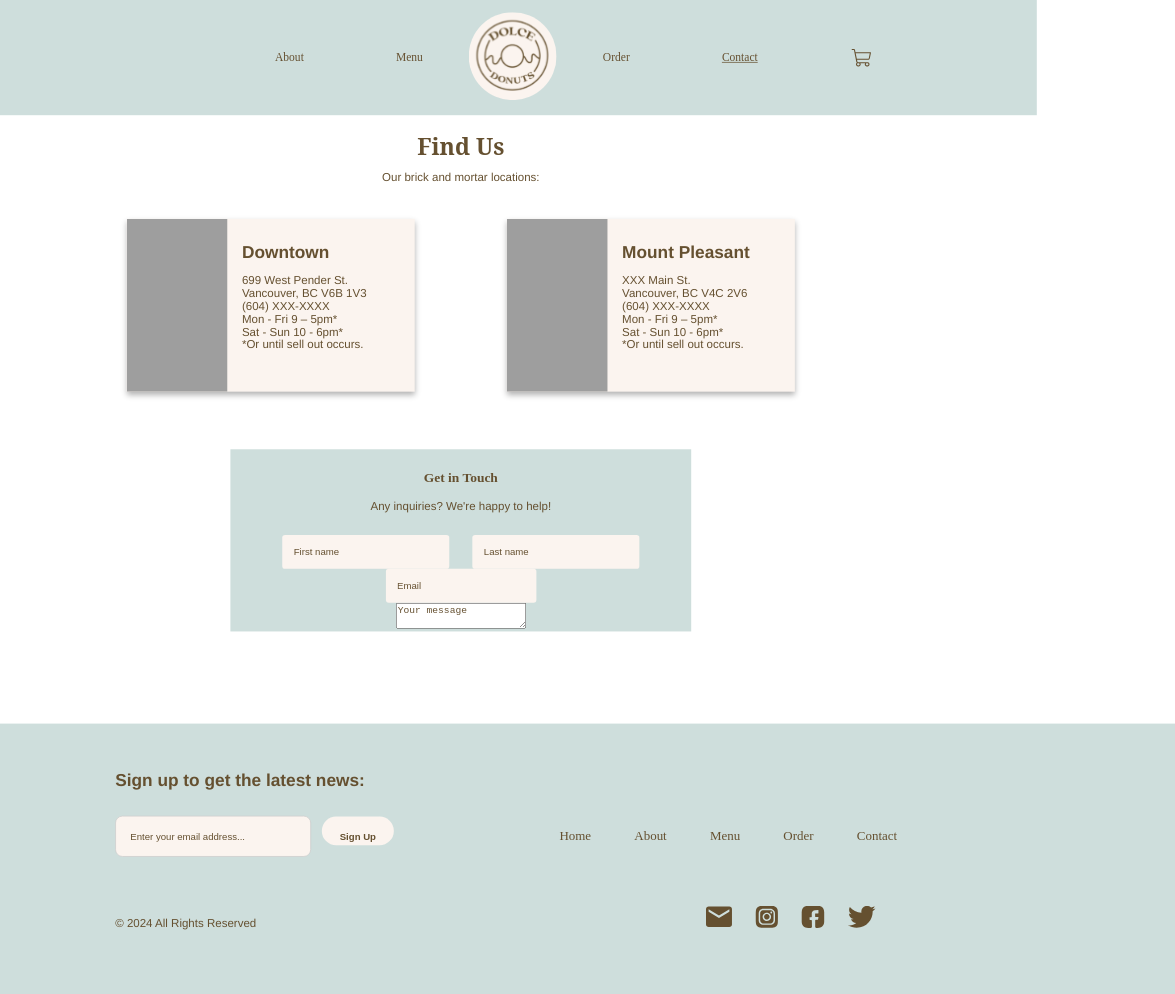
Repository: Crystalhtc/dolcedonuts
Page: /contact
The author's editor kept a copy of each file at every save. The page is drawn from the files as they stood at one save, then again after the next save.
The browser window is 1280 px wide. The page is 1632 px wide, so the pictures cover 1632 px, including what lies to the right of the window. The pictures show the whole page, at 72% of full size.
Pictures or frames that could not be fetched are drawn as grey boxes. The project was rebuilt for these pictures with package versions that can differ from the ones it lists, and the page was loaded fresh each time. Also part of the build but not shown: vite.config.js, src/pages/Home.module.css, src/pages/Home.jsx, src/components/ProductCard/ProductCard.jsx, src/Data/products.js, src/pages/Order.css, src/pages/Menu.jsx, src/pages/Order.jsx and 13 more.

Above is the page before, as saved 2024-10-20 15:25:26.

### src/App.jsx
import React from 'react';
import "./App.css";
import { BrowserRouter as Router, Route, Routes } from 'react-router-dom';
import Header from './components/Header/Header';
import Footer from './components/Footer/Footer';
import Home from './pages/Home';
import Menu from './pages/menu';
import Order from './pages/order';
import Contact from './pages/Contact';
import About from './pages/About';
import Checkout from './pages/Checkout';
import Cart from './pages/Cart';
import ProductDetails from './pages/ProductDetails';
import PaymentReview from './pages/PaymentReview';

function App() {

  return (
    <Router>
      <Header />
      <Routes>
        <Route path="/" element={<Home />} />
        <Route path="/about" element={<About />} />
        <Route path="/menu" element={<Menu />} />
        <Route path="/order" element={<Order />} />
        {/* <Route path="/productdetails/:id" element={<ProductDetails />} /> */}
        <Route path="/productdetails" element={<ProductDetails />} />
        <Route path="/contact" element={<Contact />} />
        <Route path="/cart" element={<Cart />} />
        <Route path="/checkout" element={<Checkout />} />
        <Route path="/paymentreview" element={<PaymentReview />} />
      </Routes>
      <Footer />
    </Router>
  );
}

export default App;

### src/App.css
@import url('https://fonts.googleapis.com/css2?family=Arimo:ital,wght@0,400..700;1,400..700&display=swap');
@import url('https://fonts.googleapis.com/css2?family=Noto+Serif:ital,wght@0,100..900;1,100..900&display=swap');

:root {
    --mint: #CEDEDC;
    --cream: #FBF4EF;
    --pink: #F5CCD6;
    --dark-pink: #E3BBC5;
    --brown: #655030;
    --dark-brown: #4C3B22;
}
body {
    margin: 0 auto;
}
/* font */
/* heading, button */
h1 {
    font-family: "Noto Serif", serif;
    color: #655030;
    font-size: 28pt;
}
/* subheading */
h2 {
    font-size: 24pt;
    font-family: 'Arimo', sans-serif;
    color: #655030;
}
/* paragraph */
p {
    font-family: 'Arimo', sans-serif;
    color: #655030;
}

.container {
    max-width: 1440px;
    margin: 0 auto;
    height: auto;
    /* padding: 20px;  */
}

### src/components/Header/Header.jsx
import { NavLink } from 'react-router-dom';
import styles from './Header.module.css';
import logo from '../../assets/logo.svg';
import cartIcon from '../../assets/cart-icon.svg';

export default function Header() {
  return (
    <nav className={styles.nav}>
      <ul className={styles.navList}>
        <li className={styles.navItem}>
          <NavLink to="/about" className={({ isActive }) => (isActive ? styles.activeLink : undefined)}>About</NavLink>
        </li>
        <li className={styles.navItem}>
          <NavLink to="/menu" className={({ isActive }) => (isActive ? styles.activeLink : undefined)}>Menu</NavLink>
        </li>
        <li className={styles.logoContainer}>
          <NavLink to="/">
            <img src={logo} alt="Logo" className={styles.logo} />
          </NavLink>
        </li>
        <li className={styles.navItem}>
          <NavLink to="/order" className={({ isActive }) => (isActive ? styles.activeLink : undefined)}>Order</NavLink>
        </li>
        <li className={styles.navItem}>
          <NavLink to="/contact" className={({ isActive }) => (isActive ? styles.activeLink : undefined)}>Contact</NavLink>
        </li>
        <li className={styles.navItem}>
          <NavLink to="/cart" className={({ isActive }) => (isActive ? styles.activeLink : undefined)}>
            <img src={cartIcon} alt="Cart" className={styles.cartIcon} />
          </NavLink>
        </li>
      </ul>
    </nav>
  );
}

### src/components/Footer/Footer.jsx
import React from 'react';
import styles from './Footer.module.css';
import socialMediaIcons from '../../assets/social-media-icons.svg';

const Footer = () => {
    return (
        <footer className={styles.footer}> {/* Use styles for className */}
            <h2 className={styles.signUpMessage}>Sign up to get the latest news:</h2>

            <div className={styles.topContainer}>
                <div className={styles.newsletterSignup}> {/* Use styles for className */}
                    <input type="email" placeholder="Enter your email address..." />
                       <button className={styles.signupButton}>Sign Up</button> {/* Use styles for className */}
                </div>

                 <div className={styles.footerLinks}>
                     <ul className={styles.linkList}>
                        <li><a href="/">Home</a></li>
                        <li><a href="/about">About</a></li>
                        <li><a href="/menu">Menu</a></li>
                        <li><a href="/order">Order</a></li>
                        <li><a href="/contact">Contact</a></li>
                    </ul>
                </div>
            </div>

            <div className={styles.footerBottomContainer}>
                <p>© 2024 All Rights Reserved</p>
                <div className={styles.socialMedia}> {/* Use styles for className */}
                    <img src={socialMediaIcons} alt="Social Media Icons" />
                </div>
            </div>
        </footer>
    );
};

export default Footer;

### src/pages/Contact.jsx
import styles from './Contact.module.css';
import Form from '../components/ContactUsForm/ContactForm';

export default function Contact() {
    return(
        <div className={styles.contactUsContainer}>
            <h1 className={styles.contactUsH1}>Find Us</h1>
            <p>Our brick and mortar locations:</p>
                <div className={styles.contactUsCardContainer}>
                    <div className={styles.contactUsCard}>
                        <div className={styles.locationOne}>
                            <img src="https://images.unsplash.com/photo-1574033566548-f6c3f48cc11e?q=80&w=2160&auto=format&fit=crop&ixlib=rb-4.0.3&ixid=M3wxMjA3fDB8MHxwaG90by1wYWdlfHx8fGVufDB8fHx8fA%3D%3D"
                            alt="cafe table 1"
                            width={140}
                            height={240}
                            className={styles.contactUsImg}
                            />
                            <div>
                                <h2 className={styles.contactUsText}>Downtown</h2>
                                    <p className={styles.contactUsText}> 699 West Pender St.
                                    <br/>
                                    Vancouver, BC V6B 1V3
                                    <br/>
                                    (604) XXX-XXXX
                                    <br/>
                                    Mon - Fri  9 – 5pm*
                                    <br/>
                                    Sat - Sun 10 - 6pm*
                                    <br/>
                                    *Or until sell out occurs.
                                    </p>
                            </div>

                        </div>
                    </div>

                    <div className={styles.contactUsCard}>
                        <div className={styles.locationOne}>
                            <img src="https://images.unsplash.com/photo-1613274554329-70f997f5789f?q=80&w=2574&auto=format&fit=crop&ixlib=rb-4.0.3&ixid=M3wxMjA3fDB8MHxwaG90by1wYWdlfHx8fGVufDB8fHx8fA%3D%3D"
                            alt="cafe table 2"
                            width={140}
                            height={240}
                            className={styles.contactUsImg}
                            />
                            <div>
                                <h2 className={styles.contactUsText}>Mount Pleasant</h2>
                                    <p className={styles.contactUsText}> XXX Main St.
                                    <br/>
                                    Vancouver, BC V4C 2V6
                                    <br/>
                                    (604) XXX-XXXX
                                    <br/>
                                    Mon - Fri  9 – 5pm*
                                    <br/>
                                    Sat - Sun 10 - 6pm*
                                    <br/>
                                    *Or until sell out occurs.
                                    </p>
                            </div>
                        </div>
                    </div>
                </div>
            <Form/>
        </div>
    )
}

### src/components/Header/Header.module.css
.nav {
    width: 1440px;
    height: 160px;
    background-color: var(--mint);
    display: flex;
    justify-content: center;
    flex-shrink: 0;
    margin: auto;
}

.navList {
    list-style-type: none;
    display: flex;
    justify-content: center;
    align-items: center;
    margin: 0;
    padding: 0;
    width: 100%;

    margin-left: 11%;
}

.navItem {
    margin: 0 4rem;
}

.navItem a {
    text-decoration: none;
    color: var(--brown);
}

.logoContainer {
    flex: 0 0 auto;
}

.logo {
    width: 122px;
    height: 122px;
    object-fit: contain;
}

.cartIcon {
    width: 36px;
    height: auto;
}

.navItem .activeLink {
    text-decoration: underline;
    color: var(--brown);
}

### src/components/Footer/Footer.module.css
.footer {
    width: 1440px;
    height: 312px;
    background-color: var(--mint);
    padding: 2rem;
    color: var(--brown);
    padding-left: 10rem;
    flex-shrink: 0;
    margin: auto;
}

.topContainer {
    display: flex;
    align-items: center;
    gap: 10rem;
}

.footerBottomContainer {
    display: flex;
    margin-top: 3rem;
    gap: 39rem;
}

.newsletterSignup input {
    padding: 20px;
    width: 230px;
    border: 1px solid #ccc;
    background-color: var(--cream);
    border-radius: 10px;
}

.signupButton {
    width: 100px;
    padding: 20px;
    margin-left: 15px;
    background-color: var(--cream);
    color: var(--brown);
    font-weight: bold;
    border: none;
    border-radius: 20px;
}

.footerLinks {
    margin: 20px 0;
    display: flex;
    font-size: large;
}

.linkList a {
    color: var(--brown);
    list-style-type: none;
    text-decoration: none;
}

.linkList li {
    text-decoration: none;
    display: inline;
    margin: 0 30px;
}

.socialMedia img {
    width: 250px;
    height: auto;
}

### src/pages/Contact.module.css
.contactUsContainer {
    text-align: center;
}

.contactUsH1 {
    margin-bottom: -2px;
}

.contactUsCardContainer {
    display: flex;
    gap: 10%;
    justify-content: center;
    margin-top: 3rem;
}

.locationOne {
    display: flex;
}

.contactUsText {
    text-align: left;
    padding-left: 20px;
}

.contactUsCard {
    background-color: var(--cream);
    width: 400px;
    box-shadow: 0 4px 8px rgba(0, 0, 0, 0.3);
    margin-bottom: 5rem;
}

### src/components/ContactUsForm/ContactForm.jsx
import { useState } from "react";
import styles from './ContactForm.module.css';

export default function Form() {
    const [firstName, setFirst] = useState('');
    const [lastName, setLast] = useState('');
    const [submitted, setSubmitted] = useState(false);

    const handleSubmission = async (e) => {
        e.preventDefault();
        console.log('Thank you for your inquiry!');
        setSubmitted(true);
    };

    return (
        <>
            {submitted ? (
                <div className={styles.successfulMessage}>
                    <h2>Thank you for your inquiry!</h2>
                    <p>You will hear from us within 14 business days.</p>
                </div>
            ) : (
                <form onSubmit={handleSubmission} className={styles.formContainer}>
                    <div className={styles.nameContainer}>
                        <h3>Get in Touch</h3>
                        <p>Any inquiries? We're happy to help!</p>
                        <div className={styles.nameFieldContainer}>
                            <div className={styles.nameField}>
                                <input
                                    className={styles.inputWidth}
                                    name="firstName"
                                    placeholder="First name"
                                    type="text"
                                    value={firstName}
                                    onChange={(e) => setFirst(e.target.value)}
                                    required
                                />
                            </div>
                            <div className={styles.nameField}>
                                <input
                                    className={styles.inputWidth}
                                    name="lastName"
                                    placeholder="Last name"
                                    type="text"
                                    value={lastName}
                                    onChange={(e) => setLast(e.target.value)}
                                    required
                                />
                            </div>
                        </div>
                        <div className={styles.formPlaceholders}>
                            <input type="email" name="email" placeholder="Email"/>
                        </div>

                        <div className={styles.formPlaceholders}>
                            <textarea name="message" placeholder="Your message"></textarea>
                        </div>
                    </div>

                </form>
            )}
        </>
    );
}

{/* <div className={styles.contactFormContainer}>
            <h2>Get in touch</h2>
            <p>Any inquiries? We're happy to help.</p>
            <form className={styles.form}>
                <div className={styles.formPlaceholdersName}>
                    <input type="text" name="firstName" placeholder="First name"/>
                    <br/>
                    <input type="text" name="lastName" placeholder="Last name"/>
                </div>

                <div className={styles.formPlaceholders}>

                </div>

                <div className={styles.formPlaceholders}>
                    <input type="email" name="email" placeholder="Email"/>
                </div>

                <div className={styles.formPlaceholders}>
                    <textarea name="message" placeholder="Your message"></textarea>
                </div>
            </form>
        </div> */}

### src/pages/Checkout.module.css
.checkoutContainer {
    display: flex;
    align-items: center;
    justify-content: center;
}

input {
    background-color: var(--cream);
    border: none;
    padding: 1rem;
    border-radius: 4px;
}

.contactInputs {
    display: flex;
    flex-direction: column;
}

.checkoutContainer {
    display: flex;
    justify-content: space-between;
    align-items: start;
    padding: 2rem;
    max-width: 1200px;
    margin: 0 auto;
    gap: 3rem;
}

.leftColumn {
    flex: 2;
}

.rightColumn {
    flex: 1;
    padding: 2rem;
    height: fit-content;
    border-left: 1px solid var(--brown);
}

::placeholder {
    color: var(--brown);
}

h3 {
    color: var(--brown);
}

/* Contact Section */
.contactInputs {
    display: flex;
    flex-direction: column;
    gap: 1rem;
}

/* Delivery Section */
.deliveryOptions {
    display: flex;
    flex-direction: column;
    align-items: center;
}

.deliveryToggle {
    display: flex;
    align-items: center;
    gap: 1rem;
    margin: 1rem 0;
    background-color: var(--cream);
    border-radius: 10px;
    padding: 0.5rem;
    width: 60%;
}

/* Delivery Toggle Buttons */
.deliveryToggle {
    display: flex;
    gap: 1rem; /* Space between buttons */
}

.deliveryToggle button {
    padding: 0.75rem 1rem;
    border: none;
    border-radius: 20px;
    cursor: pointer;
    flex: 1;
    transition: background-color 0.3s ease; /* Smooth transition */
}

/* Default styles */
.pickupButton {
    background-color: transparent; /* Inactive state */
    color: var(--brown); /* Text color */
}

.deliveryButton {
    background-color: transparent; /* Inactive state */
    color: var(--brown); /* Text color */
}

/* Active styles */
.pickupButton.active,
.deliveryButton.active {
    background-color: var(--mint); /* Active button color */
}

/* Hover state */
.deliveryToggle button:hover {
    background-color: pink; /* Hover state */
}

/* Optional: Set a specific color for inactive buttons' text */
.deliveryToggle button:not(.active) {
    color: var(--brown); /* Change to desired inactive text color */
}

.addresses {
    display: flex;
    flex-direction: column;
    gap: 1rem;
}

.downtown, .mountPleasant {
    background-color: var(--cream);
    border-radius: 10px;
    padding: 1rem;
    display: flex;
    gap: 1rem;
    align-items: start;
}


/* Payment Section */
.paymentContainer {
    margin: 1rem 0;
}

.creditCardTitle {
    background: var(--mint);
    padding: 0.5rem 1rem;
    margin-bottom: 1rem;
}

.paymentInputs {
    display: flex;
    flex-direction: column;
    gap: 1rem;
}

.fullWidthInput input {
    width: 100%;
}

.halfWidthInput {
    display: flex;
    justify-content: space-between;
}

.firstHalfInput {
    width: 100%;
}

.secondHalfInput {
    width: 100%;
    display: flex;
    justify-content: end;
}

.firstHalfInput input {
    width: 90%;
}

.secondHalfInput input {
    width: 90%;
}

.halfWidthInputField input {
    width: 50%
}

.paymentInputs > div {
    display: flex;
    gap: 1rem;
}

/* Right Column Styling */
.checkoutProducts {
    display: flex;
    flex-direction: column;
    gap: 1rem;
    margin-bottom: 2rem;
}

.discountCode {
    display: flex;
    gap: 1rem;
    margin-bottom: 2rem;
    height: 3rem;
}

.discountInput {
    flex: 1;
    background: none;
    border: 2px solid var(--mint);
}

.discountButton {
    height: 3rem;
    padding: 0 1.5rem;
    background: none;
    border: none;
    border-radius: 10px;
    cursor: pointer;
    background: var(--cream);
}

.discountButton:hover {
    background: var(--brown);
    color: var(--cream);
}

.price {
    display: flex;
    flex-direction: column;
    margin-bottom: 2rem;
}

.subtotal, .tax, .total {
    display: flex;
    justify-content: space-between;
    align-items: center;
}

.total {
    font-weight: bold;
    font-size: 1.2rem;
    border-top: 1px solid #ccc;
    padding-top: 1rem;
}

/* Section Headers */
h1 {
    margin-bottom: 2rem;
    font-size: 2rem;
}

h2 {
    margin: 2rem 0 1rem 0;
    font-size: 1.5rem;
}

/* Responsive Design */
@media (max-width: 768px) {
    .checkoutContainer {
        flex-direction: column;
        padding: 1rem;
    }

    .rightColumn {
        width: 100%;
    }

    .paymentInputs > div,
    .addressInputs > div {
        flex-direction: column;
    }
}

### src/pages/PaymentReview.module.css

.reviewContainer > h1 {
    margin: 2rem auto;
    text-align: center;
    color: var(--brown);
}

.orderReview {
    display: flex;
    justify-content: space-between;
    align-items: start;
    width: 100%;
    gap: 2rem;
}

.orderDetails {
    flex: 2;
    margin-left: 2rem;
}

.orderSummary {
    flex: 1;
    padding: 2rem;
    height: fit-content;
    border-left: 1px solid var(--brown);
}

.orderTable {
    border-collapse: collapse;
    background: var(--cream);
}

.orderTable tr {
    border: 1px solid var(--brown);
}

.orderTable td {
    padding: 1rem;
    color: var(--brown);
}

.orderTable td:first-child {
    font-weight: bold;
    width: 30%;
}

.productList {
    display: flex;
    flex-direction: column;
    gap: 1rem;
    margin-bottom: 2rem;
}

.productCard {
    display: flex;
    gap: 1rem;
    padding: 1rem;
    border: 1px solid var(--brown);
    background-color: var(--cream);
    align-items: start;
    justify-content: start;
}

.productImage {
    width: 80px;
    height: 80px;
    background-color: #f0f0f0;
    border-radius: 4px;
}

.productInfo {
    flex: 1;
    color: var(--brown);
}

.productName {
    font-size: 1.2rem;
    font-weight: bold;
    color: var(--brown);
}

.productPrice {
    color: var(--brown);
    font-weight: bold;
}

.priceSummary {
    display: flex;
    flex-direction: column;
    margin-bottom: 2rem;
}

.subtotal, .tax, .total {
    display: flex;
    justify-content: space-between;
    align-items: center;
    color: var(--brown);
}

.total {
    font-weight: bold;
    font-size: 1.2rem;
    border-top: 1px solid var(--brown);
    padding-top: 1rem;
}

.continueButtonContainer {
    width: 100%;
    display: flex;
    justify-content: center;
    margin-top: 2rem;
}

.continueButton {
    width: 50%;
}

/* Section Headers */
h1 {
    margin-bottom: 2rem;
    font-size: 2rem;
    color: var(--brown);
}

/* Responsive Design */
@media (max-width: 768px) {
    .reviewContainer {
        padding: 1rem;
    }

    .orderSummary {
        width: 100%;
        border-left: none;
        border-top: 1px solid var(--brown);
        padding-top: 2rem;
    }

    .continueButton button {
        width: 100%;
    }

    .orderTable td {
        display: block;
        width: 100%;
    }

    .orderTable td:first-child {
        width: 100%;
        padding-bottom: 0;
    }
}

### src/components/ProductCard/ProductCard.module.css
.container {
    width: 340px;
    height: 530px;
    border-radius: 8px;
    padding: 18px 8px;
    box-shadow: 0px 4px 4px 0px rgba(0, 0, 0, 0.25);
    display: flex;
    flex-direction: column;
    align-items: center;
}
.priceAndButton {
    display: flex;
    flex-direction: row;
    align-items: center;
    gap: 10em;
}
button {
    width: 95px;
    height: 36px;
    border-radius: 8px;
    border: none;
    color: var(--brown);
    background: var(--Cream, #FBF4EF);
}
button h2 {
    margin: 0;
}

### src/components/ContactUsForm/ContactForm.module.css
.form {
    justify-content: left;
    text-align: left;
}
.formPlaceholdersName {
    display: flex;
}

.contactFormContainer {
    text-align: center;
}

.nameFieldContainer {
    display: flex;
    justify-content: center;
    gap: 5%;
    padding-top: 15px;
    padding-bottom: ;
}

.inputWidth{
    width: 200px;
}

form {
    background-color: var(--mint);
    margin-left: 25%;
    margin-right: 25%;
    margin-bottom: 10%;
    padding-top: 10px;
}

Loaded but not shown: index.html (common file); src/main.jsx (common file)

After the next save:
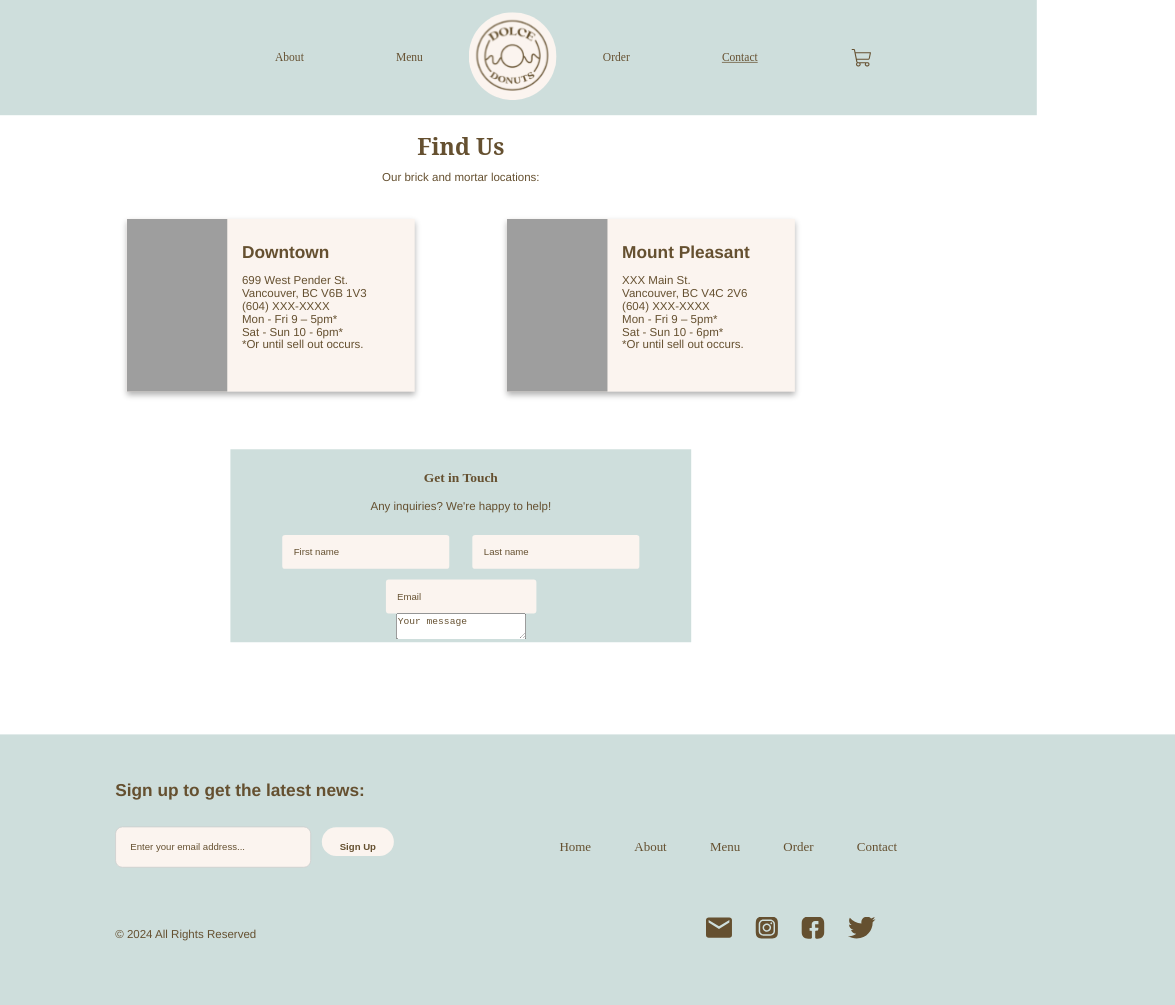
Saved 7 s later.
--- a/src/components/ContactUsForm/ContactForm.module.css
+++ b/src/components/ContactUsForm/ContactForm.module.css
@@ -15,7 +15,7 @@
     justify-content: center;
     gap: 5%;
     padding-top: 15px;
-    padding-bottom: ;
+    padding-bottom: 15px;
 }
 
 .inputWidth{
